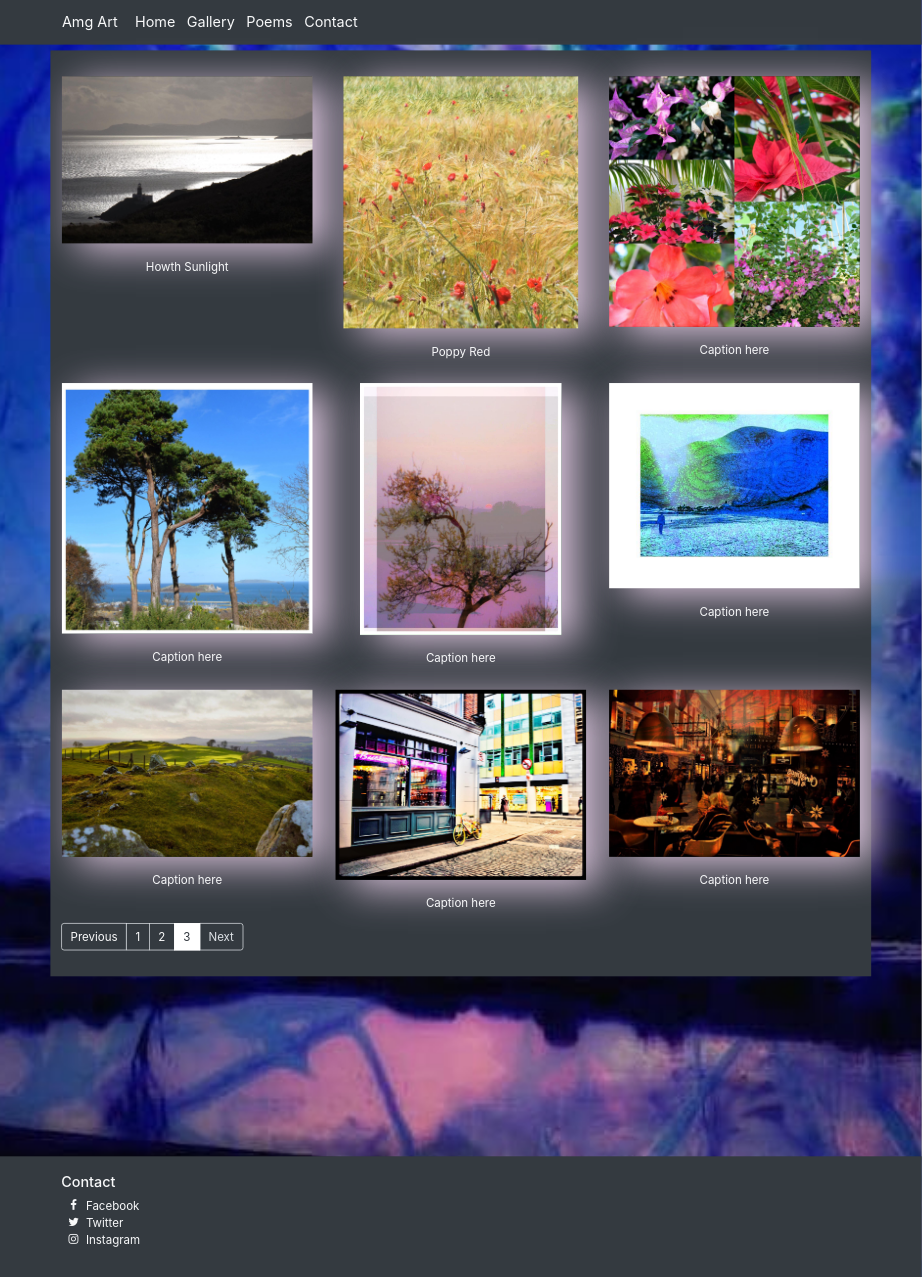
Repository: AllenGleeson/AmgArtGallery
Page: gallery3.html
The author's editor kept a record of every edit. The page is drawn from the files as they stood at one moment, then again after the next edit.
The browser window is 1280 px wide. The pictures show the whole page, at 72% of full size.

Above is the page before.

### gallery3.html
<!DOCTYPE html>
<html>

<head>
    <meta charset="UTF-8">
    <meta name="viewport" content="width=device-width, initial-scale=1.0">
    <meta http-equiv="X-UA-Compatible" content="ie=edge">
    <link rel="stylesheet" href="https://stackpath.bootstrapcdn.com/bootstrap/4.3.1/css/bootstrap.min.css" type="text/css" />
    <link rel="stylesheet" href="https://stackpath.bootstrapcdn.com/font-awesome/4.7.0/css/font-awesome.min.css" type="text/css" />
    <link rel="stylesheet" href="assets/css/style.css" type="text/css" />
</head>

<body>
    <header class="bg-dark mb-2">
        <nav class="navbar navbar-expand-sm navbar-light container">
            <a class="navbar-brand text-light" href="./index.html">Amg Art</a>
            <button class="navbar-toggler" type="button" data-toggle="collapse" data-target="#navbarNavAltMarkup" aria-controls="navbarNavAltMarkup" aria-expanded="false" aria-label="Toggle navigation">
                <span class="navbar-toggler-icon"></span>
            </button>
            <div class="collapse navbar-collapse" id="navbarNavAltMarkup">
                <div class="navbar-nav">
                    <a class="nav-item nav-link text-light" href="./index.html">Home</a>
                    <a class="nav-item nav-link text-light" href="./gallery1.html">Gallery</a>
                    <a class="nav-item nav-link text-light" href="./poems.html">Poems</a>
                    <a class="nav-item nav-link text-light active" href="./contact.html">Contact <span class="sr-only">(current)</span></a>
                </div>
            </div>
        </nav>
    </header>

    <section class="container bg-dark">

        <div class="row">
            <div class="col-sm-4 p-3 text-center" data-toggle="modal" data-target="#image-01">
                <img src="assets/images/howthsunlight.jpg" class="galleryImage"></img>
                <div class="text-center text-light">Howth Sunlight</div>
            </div>
            <div class="col-sm-4 p-3 text-center" data-toggle="modal" data-target="#image-02">
                <img src="assets/images/poppyred.jpg" class="galleryImage"></img>
                <div class="text-center text-light">Poppy Red</div>
            </div>
            <div class="col-sm-4 p-3 text-center" data-toggle="modal" data-target="#image-03">
                <img src="assets/images/howhouseflowers.jpg" class="galleryImage"></img>
                <div class="text-center text-light">Caption here</div>
            </div>
            <div class="col-sm-4 p-3 text-center" data-toggle="modal" data-target="#image-04">
                <img src="assets/images/howth.jpg" class="galleryImage"></img>
                <div class="text-center text-light">Caption here</div>
            </div>
            <div class="col-sm-4 p-3 text-center" data-toggle="modal" data-target="#image-05">
                <img src="assets/images/plumblossum.jpg" class="galleryImage"></img>
                <div class="text-center text-light">Caption here</div>
            </div>
            <div class="col-sm-4 p-3 text-center" data-toggle="modal" data-target="#image-06">
                <img src="assets/images/theancientway.jpg" class="galleryImage"></img>
                <div class="text-center text-light">Caption here</div>
            </div>
            <div class="col-sm-4 p-3 text-center" data-toggle="modal" data-target="#image-07">
                <img src="assets/images/loghcrewmeath.jpg" class="galleryImage"></img>
                <div class="text-center text-light">Caption here</div>
            </div>
            <div class="col-sm-4 p-3 text-center" data-toggle="modal" data-target="#image-08">
                <img src="assets/images/dublincafe.jpg" class="galleryImage"></img>
                <div class="text-center text-light">Caption here</div>
            </div>
            <div class="col-sm-4 p-3 text-center" data-toggle="modal" data-target="#image-09">
                <img src="assets/images/citydreaming.jpg" class="galleryImage"></img>
                <div class="text-center text-light">Caption here</div>
            </div>
        </div>

        <!--  Gallery Page Navigation -->

        <nav aria-label="GalleryNav">
            <ul class="pagination">
                <li class="page-item">
                    <a class="page-link" href="./gallery2.html" tabindex="-1">Previous</a>
                </li>
                <li class="page-item">
                    <a class="page-link" href="./gallery1.html">1 <span class="sr-only">(current)</span></a>
                </li>
                <li class="page-item">
                    <a class="page-link" href="./gallery2.html">2 <span class="sr-only">(current)</span></a>
                </li>
                <li class="page-item active">
                    <a class="page-link active" href="./gallery3.html">3 <span class="sr-only">(current)</span></a>
                </li>
                <li class="page-item disabled">
                    <a class="page-link disabled" href="./gallery3.html">Next</a>
                </li>
            </ul>
        </nav>
    </section>

    <footer class="p-4 bg-dark text-light">
        <div class="container">
            <div class="row">
                <div class="col-sm-6">
                    <h5>Contact</h5>

                    <ul class="fa-ul">
                        <li><a href="www.facebook.com/amgasdsd" class="text-light"><i class="fa-li fa fa-facebook"></i><span>Facebook</span></a></li>
                        <li><a href="www.twitter.com/amgasdsd" class="text-light"><i class="fa-li fa fa-twitter"></i><span>Twitter</span></a></li>
                        <li><a href="www.instagram.com/amgasdsd" class="text-light"><i class="fa-li fa fa-instagram"></i><span>Instagram</span></a></li>
                    </ul>
                </div>
            </div>
        </div>
    </footer>

    <!-- Modals for Images -->

    <div class="modal fade" id="image-01" tabindex="-1" role="dialog" aria-labelledby="exampleModalLabel" aria-hidden="true">
        <div class="modal-dialog modal-dialog-centered" role="image">
            <div class="modal-content">
                <div class="modal-body">
                    <img src="assets/images/summertreeshowth.jpg" class="mw-100"></img>
                    <div class="text-center">Summer trees, Howth</div>
                </div>
            </div>
        </div>
    </div>

    <div class="modal fade" id="image-02" tabindex="-1" role="dialog" aria-labelledby="exampleModalLabel" aria-hidden="true">
        <div class="modal-dialog modal-dialog-centered" role="image">
            <div class="modal-content">
                <div class="modal-body">
                    <img src="assets/images/summercowparsley.jpg" class="mw-100"></img>
                    <div class="text-center">Late spring, Wicklow</div>
                </div>
            </div>
        </div>
    </div>

    <div class="modal fade" id="image-03" tabindex="-1" role="dialog" aria-labelledby="exampleModalLabel" aria-hidden="true">
        <div class="modal-dialog modal-dialog-centered" role="image">
            <div class="modal-content">
                <div class="modal-body">
                    <img src="assets/images/poppyfield.jpg" class="mw-100"></img>
                    <div class="text-center">Poppy field</div>
                </div>
            </div>
        </div>
    </div>

    <div class="modal fade" id="image-04" tabindex="-1" role="dialog" aria-labelledby="exampleModalLabel" aria-hidden="true">
        <div class="modal-dialog modal-dialog-centered" role="image">
            <div class="modal-content">
                <div class="modal-body">
                    <img src="assets/images/rose.jpg" class="mw-100"></img>
                    <div class="text-center">Rose</div>
                </div>
            </div>
        </div>
    </div>

    <div class="modal fade" id="image-05" tabindex="-1" role="dialog" aria-labelledby="exampleModalLabel" aria-hidden="true">
        <div class="modal-dialog modal-dialog-centered" role="image">
            <div class="modal-content">
                <div class="modal-body">
                    <img src="assets/images/sunsetmeath.jpg" class="mw-100"></img>
                    <div class="text-center">Sunset, Meath</div>
                </div>
            </div>
        </div>
    </div>

    <div class="modal fade" id="image-06" tabindex="-1" role="dialog" aria-labelledby="exampleModalLabel" aria-hidden="true">
        <div class="modal-dialog modal-dialog-centered" role="image">
            <div class="modal-content">
                <div class="modal-body">
                    <img src="assets/images/summercowparsley.jpg" class="mw-100"></img>
                    <div class="text-center">Summer cow parsley</div>
                </div>
            </div>
        </div>
    </div>

    <div class="modal fade" id="image-07" tabindex="-1" role="dialog" aria-labelledby="exampleModalLabel" aria-hidden="true">
        <div class="modal-dialog modal-dialog-centered" role="image">
            <div class="modal-content">
                <div class="modal-body">
                    <img src="assets/images/loghcrewmeath.jpg" class="mw-100"></img>
                    <div class="text-center">Loghcrew, Meath</div>
                </div>
            </div>
        </div>
    </div>

    <div class="modal fade" id="image-08" tabindex="-1" role="dialog" aria-labelledby="exampleModalLabel" aria-hidden="true">
        <div class="modal-dialog modal-dialog-centered" role="image">
            <div class="modal-content">
                <div class="modal-body">
                    <img src="assets/images/dublincafe.jpg" class="mw-100"></img>
                    <div class="text-center">Dublin cafe</div>
                </div>
            </div>
        </div>
    </div>

    <div class="modal fade" id="image-09" tabindex="-1" role="dialog" aria-labelledby="exampleModalLabel" aria-hidden="true">
        <div class="modal-dialog modal-dialog-centered" role="image">
            <div class="modal-content">
                <div class="modal-body">
                    <img src="assets/images/citydreaming.jpg" class="mw-100"></img>
                    <div class="text-center">City dreaming</div>
                </div>
            </div>
        </div>
    </div>

    <script src="https://code.jquery.com/jquery-3.3.1.slim.min.js" integrity="sha384-q8i/X+965DzO0rT7abK41JStQIAqVgRVzpbzo5smXKp4YfRvH+8abtTE1Pi6jizo" crossorigin="anonymous"></script>
    <script src="https://cdnjs.cloudflare.com/ajax/libs/popper.js/1.14.7/umd/popper.min.js" integrity="sha384-UO2eT0CpHqdSJQ6hJty5KVphtPhzWj9WO1clHTMGa3JDZwrnQq4sF86dIHNDz0W1" crossorigin="anonymous"></script>
    <script src="https://stackpath.bootstrapcdn.com/bootstrap/4.3.1/js/bootstrap.min.js" integrity="sha384-JjSmVgyd0p3pXB1rRibZUAYoIIy6OrQ6VrjIEaFf/nJGzIxFDsf4x0xIM+B07jRM" crossorigin="anonymous"></script>
</body>
</html>

### assets/css/style.css
section {
    display: block;
    width: 1800px;
    padding: 20px;
}

/*------------------------------------------------Color*/

.contentColor {
    background-color: #6A5ACD;
}

/*------------------------------------------------Nav Bar*/

.navbar-toggler {
    background-color: #fafafa;
}

.navbar-nav {
    font-size: 20px;
}

body {
    background-image: url("../images/bluescape.jpg");
    background-size: cover;
    background-repeat: no-repeat;
    background-position: center center;
}


/*------------------------------------------------Home Page*/

#FeaturedImages {
    border: 1px solid black;
    border-color: #fafafa;
    max-height: 700px;
    margin-left: auto;
    margin-right: auto;
    width: fit-content;
}

.carousel-item img {
    max-height: 700px;
}

@media only screen and (max-width: 768px) {
    .carousel-item img {
        max-height: 300px;
        max-width: 300px;
    }
}

/*------------------------------------------------Gallery Page*/

.galleryImage {
    max-height: 350px;
    max-width: 100%;
    margin-bottom: 20px;
    -webkit-box-shadow: 21px 11px 53px 0px rgba(235, 209, 235, 0.92);
    -moz-box-shadow: 21px 11px 53px 0px rgba(235, 209, 235, 0.92);
    box-shadow: 21px 11px 53px 0px rgba(235, 209, 235, 0.92);
}

@media only screen and (max-width: 768px) {
    .galleryImage {
        max-height: none;
    }
}

.page-item.disabled .page-link {
    color: #dee2e6;
    pointer-events: none;
    cursor: auto;
    background-color: #343a40;
}

.page-item.active .page-link {
    z-index: 1;
    color: #343a40;
    background-color: #fff;
    border-color: #fff;
}

.page-link {
    position: relative;
    display: block;
    padding: .5rem .75rem;
    margin-left: -1px;
    line-height: 1.25;
    color: #fafafa;
    background-color: #343a40;
    border: 1px solid #dee2e6;
}

/*------------------------------------------------Poems*/

.poems {
    max-width: 100%;
    -webkit-box-shadow: 21px 11px 53px 0px rgba(235, 209, 235, 0.92);
    -moz-box-shadow: 21px 11px 53px 0px rgba(235, 209, 235, 0.92);
    box-shadow: 21px 11px 53px 0px rgba(235, 209, 235, 0.92);
    padding: 0;
    border: none;
}

/*------------------------------------------------Contact*/

.aboutmeContainer {
    -webkit-box-shadow: 21px 11px 53px 0px rgba(235, 209, 235, 0.92);
    -moz-box-shadow: 21px 11px 53px 0px rgba(235, 209, 235, 0.92);
    box-shadow: 21px 11px 53px 0px rgba(235, 209, 235, 0.92);
    margin-bottom: 90px;
}

#aboutmeBio {
    font-size: 22px;
    font-family: Noto Sans, "san-serif";
    color: #fafafa;
}

#aboutImage {
    max-height: 350px;
    max-width: 100%;
    margin-bottom: 20px;
    -webkit-box-shadow: 21px 11px 53px 0px rgba(235, 209, 235, 0.92);
    -moz-box-shadow: 21px 11px 53px 0px rgba(235, 209, 235, 0.92);
    box-shadow: 21px 11px 53px 0px rgba(235, 209, 235, 0.92);
}

@media only screen and (max-width: 768px) {
    #aboutImage {
        max-height: none;
    }
}

/*------------------------------------------------Footer*/

footer {
    bottom: 0;
    width: 100%;
    white-space: nowrap;
    /* Set the fixed height of the footer here */
    margin: 0;
    margin-top: 250px;
}

@media only screen and (max-width: 500px) {
    footer {
        margin-top: 20px;
    }
}

#footer-icon {
    max-width: 150px;
}

After the next edit:
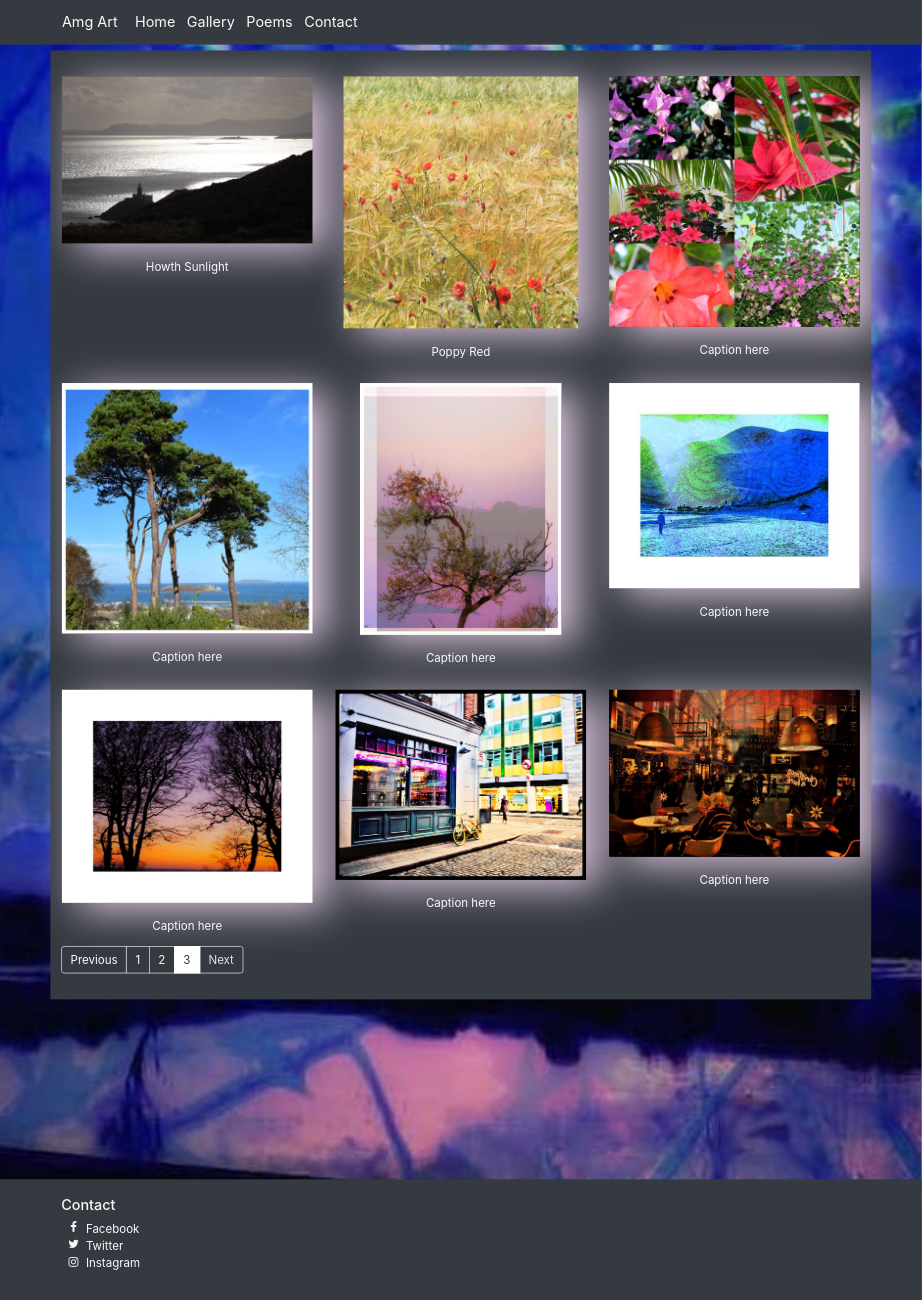
The edit:
--- a/gallery3.html
+++ b/gallery3.html
@@ -56,7 +56,7 @@
                 <div class="text-center text-light">Caption here</div>
             </div>
             <div class="col-sm-4 p-3 text-center" data-toggle="modal" data-target="#image-07">
-                <img src="assets/images/loghcrewmeath.jpg" class="galleryImage"></img>
+                <img src="assets/images/sunsettrees.jpg" class="galleryImage"></img>
                 <div class="text-center text-light">Caption here</div>
             </div>
             <div class="col-sm-4 p-3 text-center" data-toggle="modal" data-target="#image-08">
